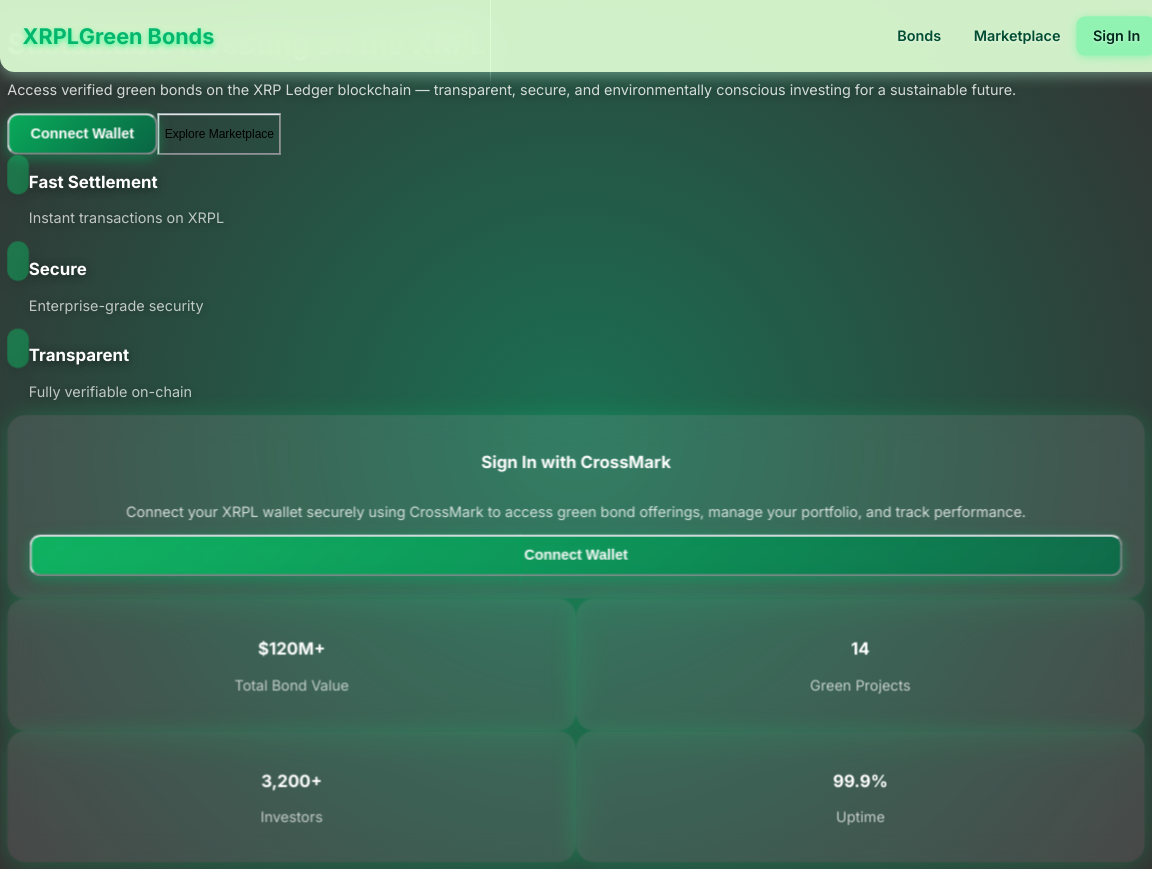
Repository: pbryzek/hackathon-xrpl
Page: / (app in frontend/)
An editor plug-in stored every save of this project. The page is shown before and after the next save, followed by the edit.
The browser window is 1280 px wide. The pictures show the whole page, at 90% of full size.
The project was rebuilt for these pictures with package versions that can differ from the ones it lists, and the page was loaded fresh each time. Also part of the build but not shown: frontend/vite.config.ts, frontend/src/services/bondService.ts, frontend/src/pages/BondSelection.tsx, frontend/src/lib/utils.ts, frontend/src/components/ui/button.tsx, frontend/src/components/ui/input.tsx, frontend/src/components/ui/label.tsx, frontend/src/components/ui/tabs.tsx and 15 more.

Above is the page before, as saved 2025-03-15 12:38:00.

### frontend/index.html
<!DOCTYPE html>
<html lang="en">
  <head>
    <meta charset="UTF-8" />
    <meta name="viewport" content="width=device-width, initial-scale=1.0" />
    <title>buy-sell-bonds</title>
    <meta name="description" content="Lovable Generated Project" />
    <meta name="author" content="Lovable" />
    <meta property="og:image" content="/og-image.png" />
  </head>

  <body>
    <div id="root"></div>
    <!-- IMPORTANT: DO NOT REMOVE THIS SCRIPT TAG OR THIS VERY COMMENT! -->
    <script src="https://cdn.gpteng.co/gptengineer.js" type="module"></script>
    <script type="module" src="/src/main.tsx"></script>
  </body>
</html>

### frontend/src/main.tsx
import { createRoot } from 'react-dom/client'
import App from './App.tsx'
import './index.css'
import './index1.css'

createRoot(document.getElementById("root")!).render(<App />);

### frontend/src/App.tsx
import React from "react";
import { BrowserRouter as Router, Routes, Route } from "react-router-dom";
import BondSelection from "./pages/BondSelection";
import CrossMarkAuth from "./pages/CrossMarkAuth";
import Index from "./pages/Index";
import NotFound from "./pages/NotFound";
// ✅ Import the Header Component
import Header from "./components/ui/header";
import "./index.css"; // ✅ Ensure Tailwind is applied
import "./index1.css"; // ✅ Ensure Tailwind is applied


const App: React.FC = () => {
  return (
    <Router>
      <div className="flex flex-col min-h-screen bg-background text-foreground">
        <Header />
        <main className="flex-grow p-4">
          <Routes>
            <Route path="/" element={<CrossMarkAuth />} />
            <Route path="/bonds" element={<BondSelection />} />
            <Route path="/marketplace" element={<Index />} />
            <Route path="*" element={<NotFound />} />
          </Routes>
        </main>
      </div>
    </Router>
  );
};

export default App;

### frontend/src/index.css
@import url('https://fonts.googleapis.com/css2?family=Inter:wght@100;200;300;400;500;600;700;800;900&display=swap');

@tailwind base;
@tailwind components;
@tailwind utilities;


@layer base {
  :root {
    --background: 210 40% 98%;
    --foreground: 222 47% 11%;

    --card: 0 0% 100%;
    --card-foreground: 222 47% 11%;

    --popover: 0 0% 100%;
    --popover-foreground: 222 47% 11%;

    --primary: 221 83% 53%;
    --primary-foreground: 210 40% 98%;

    --secondary: 210 40% 96%;
    --secondary-foreground: 222 47% 11%;

    --muted: 210 40% 96%;
    --muted-foreground: 220 16% 46%;

    --accent: 210 40% 96%;
    --accent-foreground: 222 47% 11%;

    --destructive: 0 84% 60%;
    --destructive-foreground: 210 40% 98%;

    --border: 220 14% 90%;
    --input: 220 14% 90%;
    --ring: 221 83% 53%;

    --radius: 0.8rem;

    --bond-blue: 221 83% 53%;
    --bond-blue-light: 213 94% 68%;
    --bond-blue-dark: 224 76% 48%;
    --bond-gray: 220 14% 90%;
    --bond-gray-light: 220 14% 95%;
    --bond-gray-dark: 218 11% 80%;
    --bond-green: 142 76% 36%;
    --bond-red: 0 84% 60%;
  }

  .dark {
    --background: 222 47% 11%;
    --foreground: 210 40% 98%;

    --card: 222 47% 11%;
    --card-foreground: 210 40% 98%;

    --popover: 222 47% 11%;
    --popover-foreground: 210 40% 98%;

    --primary: 217 91% 60%;
    --primary-foreground: 222 47% 11%;

    --secondary: 217 33% 17%;
    --secondary-foreground: 210 40% 98%;

    --muted: 217 33% 17%;
    --muted-foreground: 215 20% 65%;

    --accent: 217 33% 17%;
    --accent-foreground: 210 40% 98%;

    --destructive: 0 63% 31%;
    --destructive-foreground: 210 40% 98%;

    --border: 217 33% 17%;
    --input: 217 33% 17%;
    --ring: 224 76% 48%;
  }
}

@layer base {
  body {
    background-color: hsl(var(--background));
    color: hsl(var(--foreground));
  }
}

.glass-panel {
  background-color: rgba(255, 255, 255, 0.9);
  backdrop-filter: blur(12px);
  border: 1px solid rgba(255, 255, 255, 0.4);
  box-shadow: 0 4px 6px -1px rgba(0, 0, 0, 0.1), 0 2px 4px -1px rgba(0, 0, 0, 0.06);
}

.animate-enter {
  animation: fade-in 0.4s forwards, slide-up 0.4s forwards;
}

.bond-hover {
  transition: all 0.2s ease-out;
}

.bond-hover:hover {
  transform: translateY(-2px);
}

/* Scrollbar styling */
::-webkit-scrollbar {
  width: 6px;
  height: 6px;
}

::-webkit-scrollbar-track {
  background: transparent;
}

::-webkit-scrollbar-thumb {
  background: hsl(var(--bond-gray-dark));
  border-radius: 6px;
}

::-webkit-scrollbar-thumb:hover {
  background: hsl(var(--bond-blue-light));
}

/* ✅ Floating effect for navbar */
header {
  box-shadow: 0px 4px 30px rgba(0, 255, 128, 0.3);
}

### frontend/src/index1.css
@tailwind base;
@tailwind components;
@tailwind utilities;

@layer base {
  :root {
    --background: 0 0% 100%;
    --foreground: 222.2 84% 4.9%;

    --card: 0 0% 100%;
    --card-foreground: 222.2 84% 4.9%;

    --popover: 0 0% 100%;
    --popover-foreground: 222.2 84% 4.9%;

    --primary: 142 64% 24%;
    --primary-foreground: 210 40% 98%;

    --secondary: 210 40% 96.1%;
    --secondary-foreground: 222.2 47.4% 11.2%;

    --muted: 210 40% 96.1%;
    --muted-foreground: 215.4 16.3% 46.9%;

    --accent: 142 76% 73%;
    --accent-foreground: 222.2 47.4% 11.2%;

    --destructive: 0 84.2% 60.2%;
    --destructive-foreground: 210 40% 98%;

    --border: 214.3 31.8% 91.4%;
    --input: 214.3 31.8% 91.4%;
    --ring: 142 64% 24%;

    --radius: 0.5rem;
  }

  .dark {
    --background: 222.2 84% 4.9%;
    --foreground: 210 40% 98%;

    --card: 222.2 84% 4.9%;
    --card-foreground: 210 40% 98%;

    --popover: 222.2 84% 4.9%;
    --popover-foreground: 210 40% 98%;

    --primary: 143 65% 42%;
    --primary-foreground: 222.2 47.4% 11.2%;

    --secondary: 217.2 32.6% 17.5%;
    --secondary-foreground: 210 40% 98%;

    --muted: 217.2 32.6% 17.5%;
    --muted-foreground: 215 20.2% 65.1%;

    --accent: 143 70% 30%;
    --accent-foreground: 210 40% 98%;

    --destructive: 0 62.8% 30.6%;
    --destructive-foreground: 210 40% 98%;

    --border: 217.2 32.6% 17.5%;
    --input: 217.2 32.6% 17.5%;
    --ring: 142.5 76.5% 73.3%;
  }
}

@layer base {
  * {
    border-color: hsl(var(--border));
  }
  body {
    background-color: hsl(var(--background));
    color: hsl(var(--foreground));
  }
}

@keyframes float {
  0% { transform: translateY(0px); }
  50% { transform: translateY(-10px); }
  100% { transform: translateY(0px); }
}

/* Global Removal of Underline */
a {
  text-decoration: none !important;
}

/* Global Styles */
body {
  background: radial-gradient(circle, rgba(2, 96, 64, 0.9) 0%, rgba(0, 0, 0, 0.8) 100%);
  color: white;
  font-family: "Inter", sans-serif;
}

/* Floating Animation */
.floating {
  animation: float 3s ease-in-out infinite;
}

/* Glassmorphism Components */
.glass-effect {
  background-color: rgba(255, 255, 255, 0.1);
  backdrop-filter: blur(15px);
  box-shadow: 0 4px 15px rgba(0, 0, 0, 0.2);
}

/* Enhanced Lightened Glassmorphism Navbar */
.header {
  background: rgba(221, 253, 211, 0.931);
  backdrop-filter: blur(20px);
  box-shadow: 0 4px 15px rgba(187, 253, 220, 0.4);
  padding: 18px 25px;
  border-radius: 0 0 16px 16px;
  position: fixed;
  top: 0;
  left: 0;
  width: 100%;
  z-index: 50;
}

/* Navbar Links */
.nav-link {
  color: rgb(0, 77, 51) !important;
  font-size: 1rem;
  font-weight: 600;
  text-shadow: 0px 1px 3px rgba(255, 255, 255, 0.5);
  padding: 12px 18px;
  border-radius: 10px;
  transition: all 0.3s ease-in-out;
  text-decoration: none;
}

.nav-link:hover {
  background: rgba(0, 255, 128, 0.2);
  color: rgb(0, 40, 27) !important;
  transform: translateY(-2px);
}

.nav-link.active {
  background: rgba(0, 255, 128, 0.3);
  color: rgb(0, 40, 27) !important;
  box-shadow: 0 2px 10px rgba(0, 255, 128, 0.3);
}

/* Fix nav link positioning */
.links {
  position: relative;
  margin-right: 20px;
}

/* Logo Styling */
.logo {
  font-size: 1.5rem;
  font-weight: bold;
  color: #03b66e;
  text-shadow: 0px 2px 6px rgba(0, 255, 128, 0.7);
  transition: all 0.3s ease;
}

.logo:hover {
  text-shadow: 0px 2px 10px rgba(0, 255, 128, 0.9);
  transform: scale(1.03);
}

/* Glass Card */
.glass-card {
  background: rgba(255, 255, 255, 0.1);
  backdrop-filter: blur(15px);
  box-shadow: 0px 4px 30px rgba(0, 255, 128, 0.2);
  padding: 25px;
  border-radius: 20px;
  transition: all 0.3s ease-in-out;
}

.glass-card:hover {
  box-shadow: 0px 6px 35px rgba(0, 255, 128, 0.4);
  transform: translateY(-5px);
}

/* Glass Button */
.glass-button {
  background: linear-gradient(135deg, rgba(0, 200, 100, 0.8), rgba(0, 110, 70, 0.8));
  color: white;
  padding: 12px 24px;
  border-radius: 12px;
  font-size: 16px;
  font-weight: bold;
  backdrop-filter: blur(15px);
  box-shadow: 0px 4px 15px rgba(0, 180, 100, 0.5);
  transition: all 0.3s ease-in-out;
}

.glass-button:hover {
  background: linear-gradient(135deg, rgba(0, 220, 110, 0.9), rgba(0, 130, 80, 0.9));
  transform: translateY(-3px);
  box-shadow: 0px 6px 20px rgba(0, 255, 128, 0.6);
}

.glass-button:disabled {
  background: rgba(100, 100, 100, 0.3);
  cursor: not-allowed;
  box-shadow: none;
  color: rgba(255, 255, 255, 0.5);
}

/* Hero Section Styling */
.hero-container {
  margin-top: 120px;
  padding: 2rem;
}

.hero-text {
  text-shadow: 0 2px 10px rgba(0, 0, 0, 0.5);
}

.feature-icon {
  background: linear-gradient(to bottom right, rgba(0, 255, 128, 0.3), rgba(0, 200, 100, 0.4));
  padding: 0.75rem;
  border-radius: 0.75rem;
  backdrop-filter: blur(4px);
  box-shadow: 0 10px 15px -3px rgba(0, 0, 0, 0.1), 0 4px 6px -2px rgba(0, 0, 0, 0.05);
}

### frontend/src/pages/CrossMarkAuth.tsx

import React, { useState, useEffect } from "react";
import sdk from "@crossmarkio/sdk";
import * as xrpl from "xrpl";
import { useNavigate } from "react-router-dom";
import { toast } from "sonner";

const CrossMarkAuth: React.FC = () => {
  const [account, setAccount] = useState<string | null>(null);
  const [balance, setBalance] = useState<string | null>(null);
  const [isLoading, setIsLoading] = useState<boolean>(false);
  const navigate = useNavigate();

  useEffect(() => {
    console.log("Crossmark session will not restore automatically.");
    // Do NOT check localStorage or auto-authenticate
  }, []);

  const signInWithCrossmark = async () => {
    setIsLoading(true);
    try {
      console.log("User clicked sign-in, starting authentication...");

      // Step 1: Authenticate via Crossmark
      const { response } = await sdk.methods.signInAndWait();
      if (!response || !response.data || !response.data.address) {
        throw new Error("Failed to authenticate with Crossmark");
      }

      const userAccount = response.data.address;
      setAccount(userAccount);
      fetchBalance(userAccount);

      // Step 2: Authentication successful, inform user
      toast.success("Successfully connected to CrossMark wallet");

      // Navigate to bonds after successful authentication
      setTimeout(() => {
        navigate("/bonds");
      }, 1500);

    } catch (error) {
      console.error("Crossmark sign-in failed:", error);
      toast.error("Failed to connect to CrossMark wallet");
    } finally {
      setIsLoading(false);
    }
  };

  const fetchBalance = async (walletAddress: string) => {
    try {
      const client = new xrpl.Client("wss://s.altnet.rippletest.net/");
      await client.connect();
      const response = await client.request({
        command: "account_info",
        account: walletAddress,
        ledger_index: "validated",
      });
      const xrpBalance = xrpl.dropsToXrp(response.result.account_data.Balance);
      setBalance(xrpBalance.toString());
      client.disconnect();
    } catch (error) {
      console.error("Error fetching balance:", error);
    }
  };

  const handleMarketplaceClick = () => {
    navigate("/marketplace");
  };

  return (
    <div className="container mx-auto mt-32 px-4">
      <div className="grid grid-cols-1 lg:grid-cols-2 gap-12 items-center">
        {/* Hero Section */}
        <div className="space-y-6 hero-text">
          <h1 className="text-4xl md:text-5xl lg:text-6xl font-bold leading-tight">
            Sustainable Investing on the <span className="text-green-400">XRPL</span>
          </h1>
          <p className="text-xl opacity-80 max-w-xl">
            Access verified green bonds on the XRP Ledger blockchain — transparent,
            secure, and environmentally conscious investing for a sustainable future.
          </p>
          <div className="pt-4 flex flex-wrap gap-4">
            <button
              onClick={signInWithCrossmark}
              disabled={isLoading}
              className="glass-button"
            >
              {isLoading ? "Connecting..." : "Connect Wallet"}
            </button>
            <button
              onClick={handleMarketplaceClick}
              className="bg-transparent text-white px-6 py-3 rounded-xl
                        hover:bg-white/10 transition-all duration-300"
            >
              Explore Marketplace
            </button>
          </div>

          {/* Key Features */}
          <div className="grid grid-cols-1 md:grid-cols-3 gap-6 mt-12">
            <div className="flex items-start gap-3">
              <div className="feature-icon">
                <svg xmlns="http://www.w3.org/2000/svg" className="h-6 w-6 text-green-100" fill="none" viewBox="0 0 24 24" stroke="currentColor">
                  <path strokeLinecap="round" strokeLinejoin="round" strokeWidth={2} d="M13 10V3L4 14h7v7l9-11h-7z" />
                </svg>
              </div>
              <div>
                <h3 className="font-semibold text-lg">Fast Settlement</h3>
                <p className="text-sm opacity-70">Instant transactions on XRPL</p>
              </div>
            </div>

            <div className="flex items-start gap-3">
              <div className="feature-icon">
                <svg xmlns="http://www.w3.org/2000/svg" className="h-6 w-6 text-green-100" fill="none" viewBox="0 0 24 24" stroke="currentColor">
                  <path strokeLinecap="round" strokeLinejoin="round" strokeWidth={2} d="M9 12l2 2 4-4m5.618-4.016A11.955 11.955 0 0112 2.944a11.955 11.955 0 01-8.618 3.04A12.02 12.02 0 003 9c0 5.591 3.824 10.29 9 11.622 5.176-1.332 9-6.03 9-11.622 0-1.042-.133-2.052-.382-3.016z" />
                </svg>
              </div>
              <div>
                <h3 className="font-semibold text-lg">Secure</h3>
                <p className="text-sm opacity-70">Enterprise-grade security</p>
              </div>
            </div>

            <div className="flex items-start gap-3">
              <div className="feature-icon">
                <svg xmlns="http://www.w3.org/2000/svg" className="h-6 w-6 text-green-100" fill="none" viewBox="0 0 24 24" stroke="currentColor">
                  <path strokeLinecap="round" strokeLinejoin="round" strokeWidth={2} d="M17 20h5v-2a3 3 0 00-5.356-1.857M17 20H7m10 0v-2c0-.656-.126-1.283-.356-1.857M7 20H2v-2a3 3 0 015.356-1.857M7 20v-2c0-.656.126-1.283.356-1.857m0 0a5.002 5.002 0 019.288 0M15 7a3 3 0 11-6 0 3 3 0 016 0zm6 3a2 2 0 11-4 0 2 2 0 014 0zM7 10a2 2 0 11-4 0 2 2 0 014 0z" />
                </svg>
              </div>
              <div>
                <h3 className="font-semibold text-lg">Transparent</h3>
                <p className="text-sm opacity-70">Fully verifiable on-chain</p>
              </div>
            </div>
          </div>
        </div>

        {/* Authentication Card */}
        <div className="flex justify-center items-center">
          <div className="w-full max-w-md glass-card">
            <div className="flex flex-col space-y-1.5 p-6">
              <h3 className="text-2xl font-semibold leading-none tracking-tight text-center text-green-300">
                Sign In with CrossMark
              </h3>
            </div>
            <div className="p-6 pt-0 space-y-4">
              {!account ? (
                <>
                  <div className="flex justify-center p-6">
                    <div className="w-24 h-24 rounded-full bg-white/10 backdrop-blur-lg flex items-center justify-center shadow-lg shadow-green-500/20 floating">
                      <svg xmlns="http://www.w3.org/2000/svg" className="h-12 w-12 text-green-400" fill="none" viewBox="0 0 24 24" stroke="currentColor">
                        <path strokeLinecap="round" strokeLinejoin="round" strokeWidth={1.5} d="M9 12l2 2 4-4m5.618-4.016A11.955 11.955 0 0112 2.944a11.955 11.955 0 01-8.618 3.04A12.02 12.02 0 003 9c0 5.591 3.824 10.29 9 11.622 5.176-1.332 9-6.03 9-11.622 0-1.042-.133-2.052-.382-3.016z" />
                      </svg>
                    </div>
                  </div>
                  <p className="text-center text-sm opacity-80">
                    Connect your XRPL wallet securely using CrossMark to access green bond offerings, manage your portfolio, and track performance.
                  </p>
                </>
              ) : (
                <>
                  <div className="flex flex-col items-center space-y-4">
                    <div className="p-4 bg-green-800/20 rounded-lg">
                      <p className="text-lg text-white font-medium">Wallet Connected</p>
                      <p className="text-sm font-mono bg-black/20 p-2 rounded mt-2 break-all">{account}</p>
                      <p className="text-sm mt-3 text-green-300">Balance: {balance} XRP</p>
                    </div>
                  </div>
                </>
              )}
            </div>
            <div className="flex items-center p-6 pt-0 justify-center">
              <button
                onClick={signInWithCrossmark}
                disabled={isLoading || !!account}
                className={`glass-button w-full ${(isLoading || !!account) ? 'opacity-50 cursor-not-allowed' : ''}`}
              >
                {isLoading ? "Connecting..." : account ? "Connected" : "Connect Wallet"}
              </button>
            </div>
          </div>
        </div>
      </div>

      {/* Stats Section */}
      <div className="grid grid-cols-2 md:grid-cols-4 gap-4 md:gap-8 mt-20 mb-10">
        <div className="glass-card text-center">
          <h3 className="text-3xl md:text-4xl font-bold text-green-300">$120M+</h3>
          <p className="text-sm opacity-70">Total Bond Value</p>
        </div>
        <div className="glass-card text-center">
          <h3 className="text-3xl md:text-4xl font-bold text-green-300">14</h3>
          <p className="text-sm opacity-70">Green Projects</p>
        </div>
        <div className="glass-card text-center">
          <h3 className="text-3xl md:text-4xl font-bold text-green-300">3,200+</h3>
          <p className="text-sm opacity-70">Investors</p>
        </div>
        <div className="glass-card text-center">
          <h3 className="text-3xl md:text-4xl font-bold text-green-300">99.9%</h3>
          <p className="text-sm opacity-70">Uptime</p>
        </div>
      </div>
    </div>
  );
};

export default CrossMarkAuth;

### frontend/src/components/ui/header.tsx
import React from "react";
import { Link, useLocation } from "react-router-dom";

const Header: React.FC = () => {
  const location = useLocation();

  // Function to check if the link is active
  const isActive = (path: string) => location.pathname === path;

  return (
    <header className="header">
      <div className="container mx-auto flex justify-between items-center">
        {/* Logo */}
        <Link to="/" className="logo no-underline flex items-center gap-2">
          <span className="text-green-600">XRPL</span> Green Bonds
        </Link>

        {/* Navigation Links */}
        <div className="links">
          <nav className="flex space-x-6">
            <Link to="/bonds" className={`nav-link ${isActive('/bonds') ? 'active' : ''}`}>
              Bonds
            </Link>
            <Link to="/marketplace" className={`nav-link ${isActive('/marketplace') ? 'active' : ''}`}>
              Marketplace
            </Link>
            <Link to="/" className={`nav-link ${isActive('/') ? 'active' : ''}`}>
              Sign In
            </Link>
          </nav>
        </div>
      </div>
    </header>
  );
};

export default Header;

After the next save:
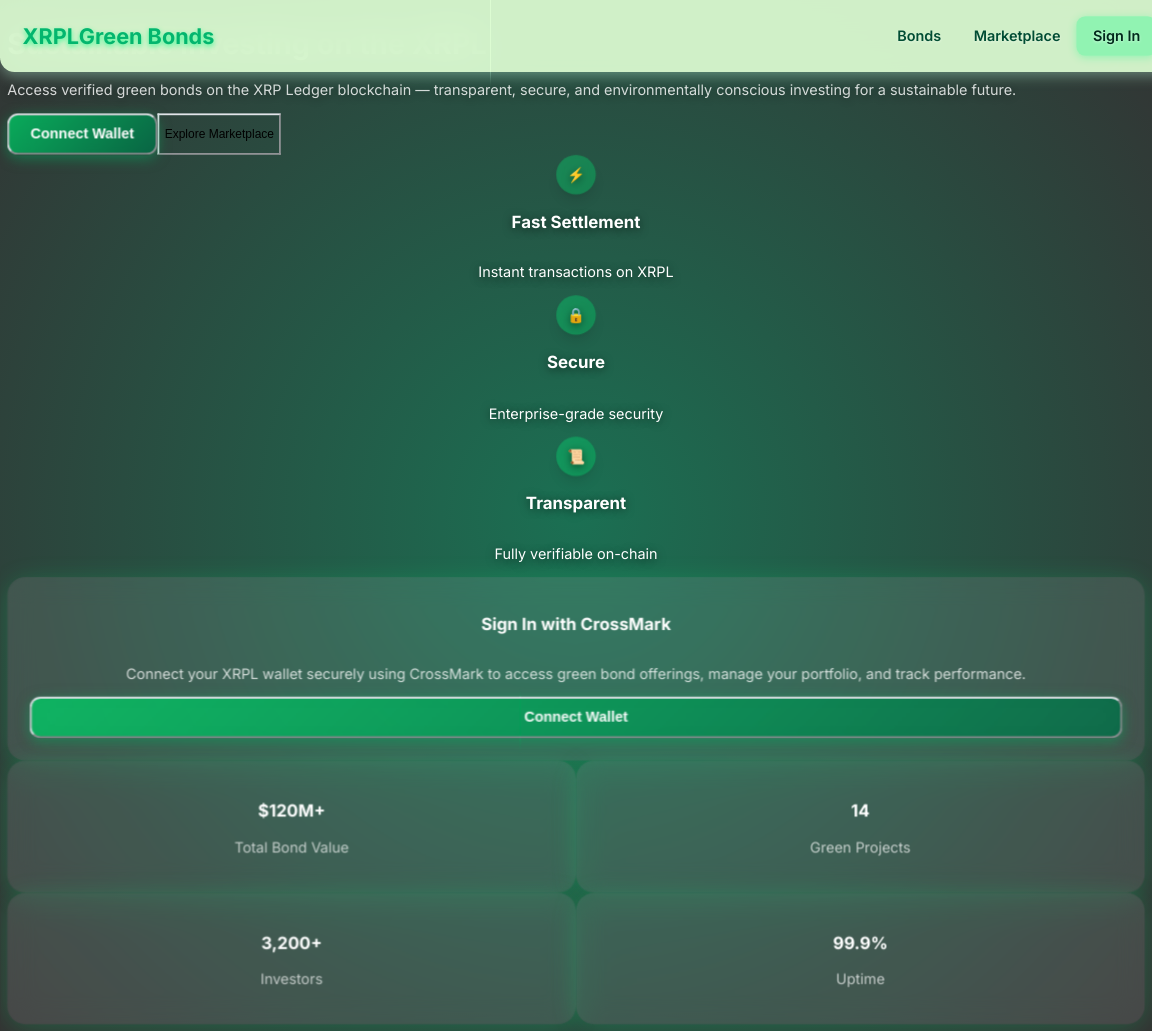
Saved 53 s later.
--- a/frontend/src/pages/CrossMarkAuth.tsx
+++ b/frontend/src/pages/CrossMarkAuth.tsx
@@ -99,41 +99,21 @@
 
           {/* Key Features */}
           <div className="grid grid-cols-1 md:grid-cols-3 gap-6 mt-12">
-            <div className="flex items-start gap-3">
-              <div className="feature-icon">
-                <svg xmlns="http://www.w3.org/2000/svg" className="h-6 w-6 text-green-100" fill="none" viewBox="0 0 24 24" stroke="currentColor">
-                  <path strokeLinecap="round" strokeLinejoin="round" strokeWidth={2} d="M13 10V3L4 14h7v7l9-11h-7z" />
-                </svg>
+          <div className="grid grid-cols-1 md:grid-cols-3 gap-8 mt-16 text-center">
+            {[
+              { title: "Fast Settlement", description: "Instant transactions on XRPL", icon: "⚡" },
+              { title: "Secure", description: "Enterprise-grade security", icon: "🔒" },
+              { title: "Transparent", description: "Fully verifiable on-chain", icon: "📜" },
+            ].map((feature, index) => (
+              <div key={index} className="flex flex-col items-center p-8 bg-white/10 rounded-lg shadow-xl">
+                <div className="feature-icon flex items-center justify-center w-14 h-14 bg-green-600/30 rounded-full mb-4">
+                  <span className="text-3xl">{feature.icon}</span>
+                </div>
+                <h3 className="font-semibold text-xl text-white">{feature.title}</h3>
+                <p className="text-md text-gray-300 mt-2">{feature.description}</p>
               </div>
-              <div>
-                <h3 className="font-semibold text-lg">Fast Settlement</h3>
-                <p className="text-sm opacity-70">Instant transactions on XRPL</p>
-              </div>
-            </div>
-
-            <div className="flex items-start gap-3">
-              <div className="feature-icon">
-                <svg xmlns="http://www.w3.org/2000/svg" className="h-6 w-6 text-green-100" fill="none" viewBox="0 0 24 24" stroke="currentColor">
-                  <path strokeLinecap="round" strokeLinejoin="round" strokeWidth={2} d="M9 12l2 2 4-4m5.618-4.016A11.955 11.955 0 0112 2.944a11.955 11.955 0 01-8.618 3.04A12.02 12.02 0 003 9c0 5.591 3.824 10.29 9 11.622 5.176-1.332 9-6.03 9-11.622 0-1.042-.133-2.052-.382-3.016z" />
-                </svg>
-              </div>
-              <div>
-                <h3 className="font-semibold text-lg">Secure</h3>
-                <p className="text-sm opacity-70">Enterprise-grade security</p>
-              </div>
-            </div>
-
-            <div className="flex items-start gap-3">
-              <div className="feature-icon">
-                <svg xmlns="http://www.w3.org/2000/svg" className="h-6 w-6 text-green-100" fill="none" viewBox="0 0 24 24" stroke="currentColor">
-                  <path strokeLinecap="round" strokeLinejoin="round" strokeWidth={2} d="M17 20h5v-2a3 3 0 00-5.356-1.857M17 20H7m10 0v-2c0-.656-.126-1.283-.356-1.857M7 20H2v-2a3 3 0 015.356-1.857M7 20v-2c0-.656.126-1.283.356-1.857m0 0a5.002 5.002 0 019.288 0M15 7a3 3 0 11-6 0 3 3 0 016 0zm6 3a2 2 0 11-4 0 2 2 0 014 0zM7 10a2 2 0 11-4 0 2 2 0 014 0z" />
-                </svg>
-              </div>
-              <div>
-                <h3 className="font-semibold text-lg">Transparent</h3>
-                <p className="text-sm opacity-70">Fully verifiable on-chain</p>
-              </div>
-            </div>
+            ))}
+          </div>
           </div>
         </div>
 
